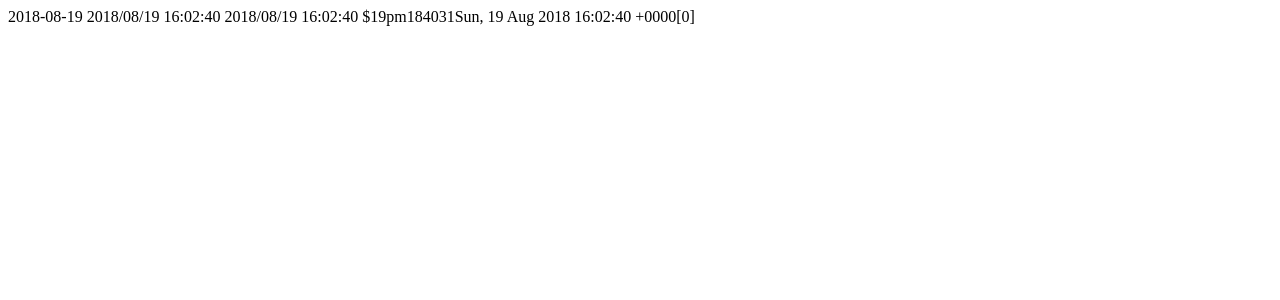
Repository: xiangyu-lin/Python_module
Page: http://localhost/9-dateAndTime/9-2date.php
These files come from the project's save history. The page is drawn as it stood at one moment and after the next save; the edit follows.
The browser window is 1280 px wide. The pictures show the whole page.
The page is run by PHP 8.4 with error messages shown; the project is at /var/www/html/.

Above is the page before, as saved 2018-08-20 13:29:27.

After the next save:
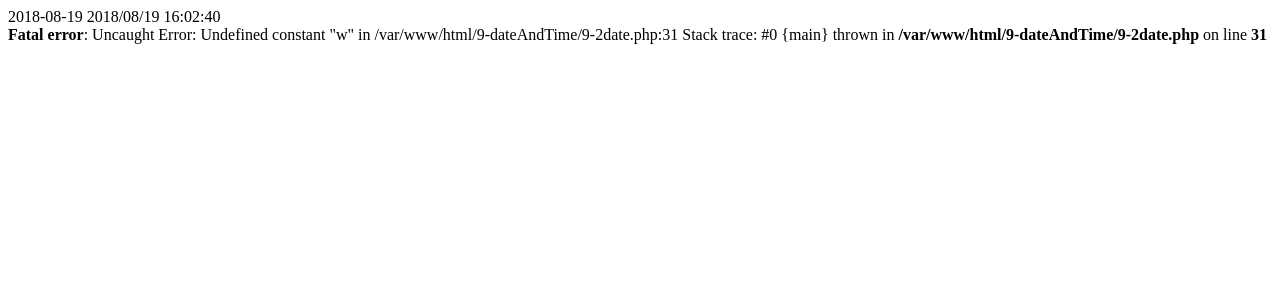
Saved 17 s later.
--- a/demo/9-dateAndTime/9-2date.php
+++ b/demo/9-dateAndTime/9-2date.php
@@ -28,4 +28,4 @@ echo "\n";
 
 // w 获取一周内的第几天  0-6
 $daystr = array('日', '一', '二', '三', '四', '五', '六');
-echo date('Y/m/d H:i:s $daystr[w]');
+echo date('Y/m/d H:i:s'.$daystr[w]);
